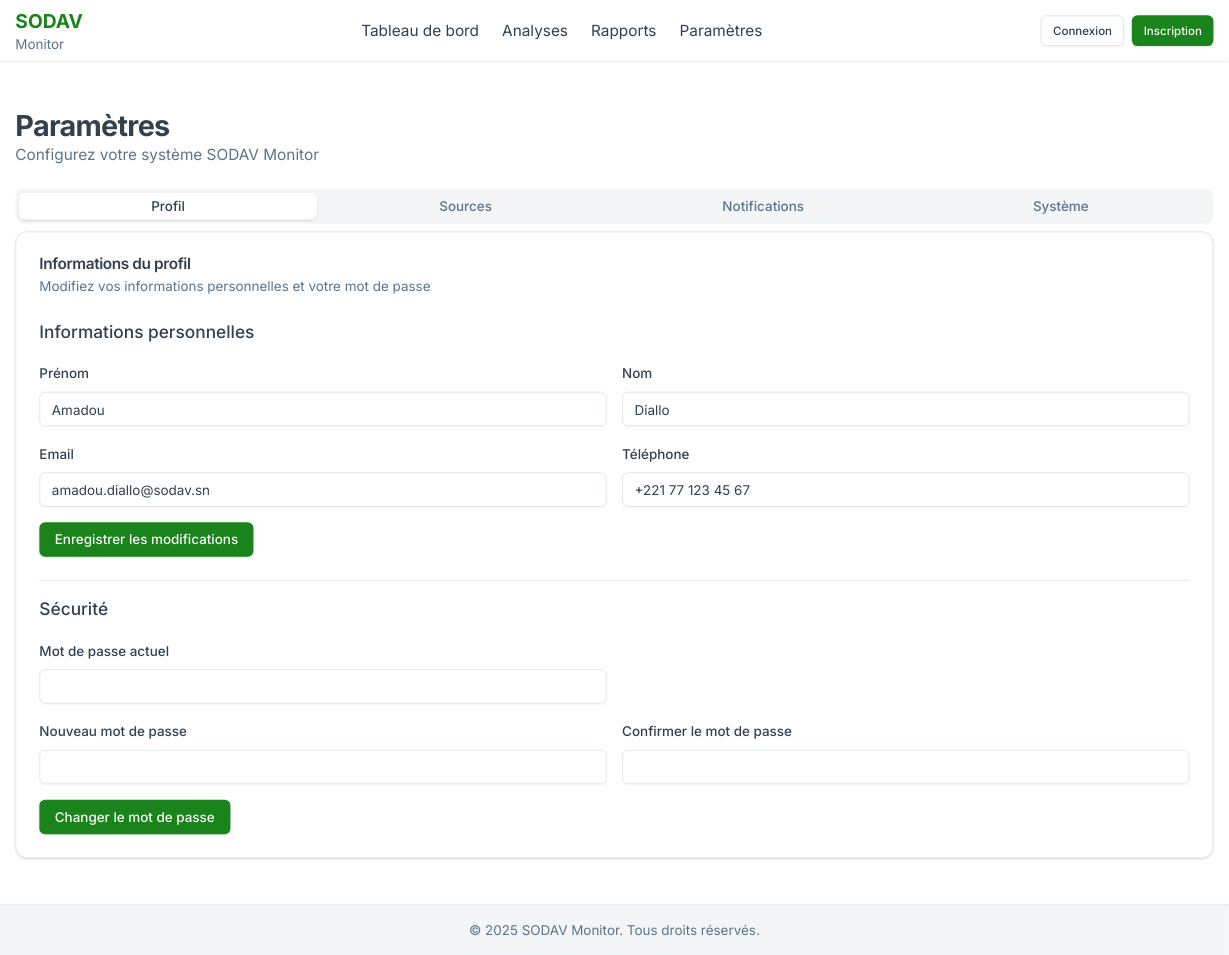
Repository: LordThiouk/soda
Page: /parametres (app in frontend/)
These files come from the project's save history. The page is drawn as it stood at one moment and after the next save; the edit follows.
The browser window is 1280 px wide. The pictures show the whole page, at 96% of full size.
The project was rebuilt for these pictures with package versions that can differ from the ones it lists, and the page was loaded fresh each time. The framework's server and built-in components were replaced by stand-ins that run in the browser. Also part of the build but not shown: frontend/next.config.js.

Above is the page before, as saved 2025-03-27 15:17:56.

### frontend/src/app/layout.tsx
import './globals.css'
import type { Metadata } from 'next'
import { Inter } from 'next/font/google'
import { Toaster } from "@/components/ui/toaster"

const inter = Inter({ subsets: ['latin'] })

export const metadata: Metadata = {
  title: 'SODAV Monitor',
  description: 'Système de surveillance des radios et chaînes TV sénégalaises',
}

export default function RootLayout({
  children,
}: {
  children: React.ReactNode
}) {
  return (
    <html lang="fr" suppressHydrationWarning>
      <body className={inter.className}>
        <main className="min-h-screen flex flex-col">
          {children}
        </main>
        <Toaster />
      </body>
    </html>
  )
}

### frontend/src/app/(auth)/layout.tsx
import Header from "@/components/Header";

export default function AuthLayout({
  children,
}: {
  children: React.ReactNode;
}) {
  return (
    <div className="min-h-screen flex flex-col">
      <Header />
      <main className="flex-1 container mx-auto px-4 py-6">
        {children}
      </main>
      <footer className="border-t border-border bg-muted py-4">
        <div className="container mx-auto px-4 text-center text-sm text-muted-foreground">
          © {new Date().getFullYear()} SODAV Monitor. Tous droits réservés.
        </div>
      </footer>
    </div>
  );
}

### frontend/src/app/globals.css
@tailwind base;
@tailwind components;
@tailwind utilities;

:root {
  --foreground-rgb: 0, 0, 0;
  --background-start-rgb: 214, 219, 220;
  --background-end-rgb: 255, 255, 255;
}

@media (prefers-color-scheme: dark) {
  :root {
    --foreground-rgb: 255, 255, 255;
    --background-start-rgb: 0, 0, 0;
    --background-end-rgb: 0, 0, 0;
  }
}

@layer base {
  :root {
    /* Base */
    --background: 0 0% 100%;
    --foreground: 210 20% 25%;

    /* Card */
    --card: 0 0% 100%;
    --card-foreground: 210 20% 25%;

    /* Popover */
    --popover: 0 0% 100%;
    --popover-foreground: 210 20% 25%;

    /* Senegal Flag Colors */
    --senegal-green: 120 66% 31%; /* Green */
    --senegal-yellow: 48 100% 50%; /* Yellow */
    --senegal-red: 0 85% 50%; /* Red */

    /* Primary (Green) */
    --primary: 120 66% 31%;
    --primary-foreground: 0 0% 98%;

    /* Secondary (Yellow) */
    --secondary: 48 100% 50%;
    --secondary-foreground: 210 20% 25%;

    /* Accent (Red) */
    --accent: 0 85% 50%;
    --accent-foreground: 0 0% 98%;

    /* UI Colors */
    --muted: 210 20% 96%;
    --muted-foreground: 210 20% 45%;
    --destructive: 0 84% 60%;
    --destructive-foreground: 0 0% 98%;
    --border: 210 20% 90%;
    --input: 210 20% 90%;
    --ring: 120 66% 31%;

    /* Chart Colors */
    --chart-1: 120 66% 31%; /* Green */
    --chart-2: 48 100% 50%; /* Yellow */
    --chart-3: 0 85% 50%; /* Red */
    --chart-4: 210 70% 50%; /* Blue */
    --chart-5: 270 60% 50%; /* Purple */

    --radius: 0.5rem;
  }

  .dark {
    /* Base */
    --background: 210 30% 12%;
    --foreground: 0 0% 98%;

    /* Card */
    --card: 210 30% 15%;
    --card-foreground: 0 0% 98%;

    /* Popover */
    --popover: 210 30% 15%;
    --popover-foreground: 0 0% 98%;

    /* Primary (Green - slightly muted for dark mode) */
    --primary: 120 50% 35%;
    --primary-foreground: 0 0% 98%;

    /* Secondary (Yellow - slightly muted for dark mode) */
    --secondary: 48 80% 45%;
    --secondary-foreground: 210 30% 15%;

    /* Accent (Red - slightly muted for dark mode) */
    --accent: 0 70% 45%;
    --accent-foreground: 0 0% 98%;

    /* UI Colors */
    --muted: 210 30% 20%;
    --muted-foreground: 210 20% 70%;
    --destructive: 0 62.8% 40%;
    --destructive-foreground: 0 0% 98%;
    --border: 210 30% 25%;
    --input: 210 30% 25%;
    --ring: 120 50% 35%;

    /* Chart Colors */
    --chart-1: 120 50% 35%; /* Green */
    --chart-2: 48 80% 45%; /* Yellow */
    --chart-3: 0 70% 45%; /* Red */
    --chart-4: 210 60% 55%; /* Blue */
    --chart-5: 270 55% 50%; /* Purple */
  }
}

@layer base {
  * {
    @apply border-border;
  }
  body {
    @apply bg-background text-foreground;
  }
}

### frontend/src/components/ui/toaster.tsx
"use client"

import { useToast } from "@/hooks/use-toast"
import {
  Toast,
  ToastClose,
  ToastDescription,
  ToastProvider,
  ToastTitle,
  ToastViewport,
} from "@/components/ui/toast"

export function Toaster() {
  const { toasts } = useToast()

  return (
    <ToastProvider>
      {toasts.map(function ({ id, title, description, action, ...props }) {
        return (
          <Toast key={id} {...props}>
            <div className="grid gap-1">
              {title && <ToastTitle>{title}</ToastTitle>}
              {description && (
                <ToastDescription>{description}</ToastDescription>
              )}
            </div>
            {action}
            <ToastClose />
          </Toast>
        )
      })}
      <ToastViewport />
    </ToastProvider>
  )
}

### frontend/src/components/Header.tsx
import Link from "next/link";
import { Button } from "@/components/ui/button";
import {
  Sheet,
  SheetContent,
  SheetTrigger
} from "@/components/ui/sheet";
import { Menu } from "lucide-react";

export default function Header() {
  return (
    <header className="border-b border-border bg-card sticky top-0 z-40">
      <div className="container mx-auto flex h-16 items-center justify-between px-4">
        <div className="flex items-center gap-2">
          <Link href="/" className="flex items-center gap-2">
            <div className="flex flex-col items-start">
              <span className="font-bold text-primary text-xl">SODAV</span>
              <span className="text-muted-foreground text-sm">Monitor</span>
            </div>
          </Link>
        </div>

        {/* Desktop Navigation */}
        <nav className="hidden md:flex items-center gap-6">
          <Link href="/dashboard" className="text-foreground hover:text-primary transition-colors">
            Tableau de bord
          </Link>
          <Link href="/analytics" className="text-foreground hover:text-primary transition-colors">
            Analyses
          </Link>
          <Link href="/reports" className="text-foreground hover:text-primary transition-colors">
            Rapports
          </Link>
          <Link href="/settings" className="text-foreground hover:text-primary transition-colors">
            Paramètres
          </Link>
        </nav>

        <div className="flex items-center gap-2">
          <Button variant="outline" size="sm" asChild>
            <Link href="/login">Connexion</Link>
          </Button>
          <Button size="sm" asChild>
            <Link href="/signup">Inscription</Link>
          </Button>

          {/* Mobile Navigation */}
          <Sheet>
            <SheetTrigger asChild className="md:hidden">
              <Button variant="outline" size="icon">
                <Menu className="h-5 w-5" />
                <span className="sr-only">Menu</span>
              </Button>
            </SheetTrigger>
            <SheetContent side="right">
              <div className="flex flex-col gap-4 mt-8">
                <Link href="/dashboard" className="text-foreground hover:text-primary transition-colors">
                  Tableau de bord
                </Link>
                <Link href="/analytics" className="text-foreground hover:text-primary transition-colors">
                  Analyses
                </Link>
                <Link href="/reports" className="text-foreground hover:text-primary transition-colors">
                  Rapports
                </Link>
                <Link href="/settings" className="text-foreground hover:text-primary transition-colors">
                  Paramètres
                </Link>
              </div>
            </SheetContent>
          </Sheet>
        </div>
      </div>
    </header>
  );
}

### frontend/src/components/ui/card.tsx
import * as React from "react"

import { cn } from "@/lib/utils"

const Card = React.forwardRef<
  HTMLDivElement,
  React.HTMLAttributes<HTMLDivElement>
>(({ className, ...props }, ref) => (
  <div
    ref={ref}
    className={cn(
      "rounded-xl border bg-card text-card-foreground shadow",
      className
    )}
    {...props}
  />
))
Card.displayName = "Card"

const CardHeader = React.forwardRef<
  HTMLDivElement,
  React.HTMLAttributes<HTMLDivElement>
>(({ className, ...props }, ref) => (
  <div
    ref={ref}
    className={cn("flex flex-col space-y-1.5 p-6", className)}
    {...props}
  />
))
CardHeader.displayName = "CardHeader"

const CardTitle = React.forwardRef<
  HTMLDivElement,
  React.HTMLAttributes<HTMLDivElement>
>(({ className, ...props }, ref) => (
  <div
    ref={ref}
    className={cn("font-semibold leading-none tracking-tight", className)}
    {...props}
  />
))
CardTitle.displayName = "CardTitle"

const CardDescription = React.forwardRef<
  HTMLDivElement,
  React.HTMLAttributes<HTMLDivElement>
>(({ className, ...props }, ref) => (
  <div
    ref={ref}
    className={cn("text-sm text-muted-foreground", className)}
    {...props}
  />
))
CardDescription.displayName = "CardDescription"

const CardContent = React.forwardRef<
  HTMLDivElement,
  React.HTMLAttributes<HTMLDivElement>
>(({ className, ...props }, ref) => (
  <div ref={ref} className={cn("p-6 pt-0", className)} {...props} />
))
CardContent.displayName = "CardContent"

const CardFooter = React.forwardRef<
  HTMLDivElement,
  React.HTMLAttributes<HTMLDivElement>
>(({ className, ...props }, ref) => (
  <div
    ref={ref}
    className={cn("flex items-center p-6 pt-0", className)}
    {...props}
  />
))
CardFooter.displayName = "CardFooter"

export { Card, CardHeader, CardFooter, CardTitle, CardDescription, CardContent }

### frontend/src/components/ui/button.tsx
import * as React from "react"
import { Slot } from "@radix-ui/react-slot"
import { cva, type VariantProps } from "class-variance-authority"

import { cn } from "@/lib/utils"

const buttonVariants = cva(
  "inline-flex items-center justify-center gap-2 whitespace-nowrap rounded-md text-sm font-medium transition-colors focus-visible:outline-none focus-visible:ring-1 focus-visible:ring-ring disabled:pointer-events-none disabled:opacity-50 [&_svg]:pointer-events-none [&_svg]:size-4 [&_svg]:shrink-0",
  {
    variants: {
      variant: {
        default:
          "bg-primary text-primary-foreground shadow hover:bg-primary/90",
        destructive:
          "bg-destructive text-destructive-foreground shadow-sm hover:bg-destructive/90",
        outline:
          "border border-input bg-background shadow-sm hover:bg-accent hover:text-accent-foreground",
        secondary:
          "bg-secondary text-secondary-foreground shadow-sm hover:bg-secondary/80",
        ghost: "hover:bg-accent hover:text-accent-foreground",
        link: "text-primary underline-offset-4 hover:underline",
      },
      size: {
        default: "h-9 px-4 py-2",
        sm: "h-8 rounded-md px-3 text-xs",
        lg: "h-10 rounded-md px-8",
        icon: "h-9 w-9",
      },
    },
    defaultVariants: {
      variant: "default",
      size: "default",
    },
  }
)

export interface ButtonProps
  extends React.ButtonHTMLAttributes<HTMLButtonElement>,
    VariantProps<typeof buttonVariants> {
  asChild?: boolean
}

const Button = React.forwardRef<HTMLButtonElement, ButtonProps>(
  ({ className, variant, size, asChild = false, ...props }, ref) => {
    const Comp = asChild ? Slot : "button"
    return (
      <Comp
        className={cn(buttonVariants({ variant, size, className }))}
        ref={ref}
        {...props}
      />
    )
  }
)
Button.displayName = "Button"

export { Button, buttonVariants }

### frontend/src/components/ui/input.tsx
import * as React from "react"

import { cn } from "@/lib/utils"

const Input = React.forwardRef<HTMLInputElement, React.ComponentProps<"input">>(
  ({ className, type, ...props }, ref) => {
    return (
      <input
        type={type}
        className={cn(
          "flex h-9 w-full rounded-md border border-input bg-transparent px-3 py-1 text-base shadow-sm transition-colors file:border-0 file:bg-transparent file:text-sm file:font-medium file:text-foreground placeholder:text-muted-foreground focus-visible:outline-none focus-visible:ring-1 focus-visible:ring-ring disabled:cursor-not-allowed disabled:opacity-50 md:text-sm",
          className
        )}
        ref={ref}
        {...props}
      />
    )
  }
)
Input.displayName = "Input"

export { Input }

### frontend/src/components/ui/label.tsx
"use client"

import * as React from "react"
import * as LabelPrimitive from "@radix-ui/react-label"
import { cva, type VariantProps } from "class-variance-authority"

import { cn } from "@/lib/utils"

const labelVariants = cva(
  "text-sm font-medium leading-none peer-disabled:cursor-not-allowed peer-disabled:opacity-70"
)

const Label = React.forwardRef<
  React.ElementRef<typeof LabelPrimitive.Root>,
  React.ComponentPropsWithoutRef<typeof LabelPrimitive.Root> &
    VariantProps<typeof labelVariants>
>(({ className, ...props }, ref) => (
  <LabelPrimitive.Root
    ref={ref}
    className={cn(labelVariants(), className)}
    {...props}
  />
))
Label.displayName = LabelPrimitive.Root.displayName

export { Label }

### frontend/src/components/ui/tabs.tsx
"use client"

import * as React from "react"
import * as TabsPrimitive from "@radix-ui/react-tabs"

import { cn } from "@/lib/utils"

const Tabs = TabsPrimitive.Root

const TabsList = React.forwardRef<
  React.ElementRef<typeof TabsPrimitive.List>,
  React.ComponentPropsWithoutRef<typeof TabsPrimitive.List>
>(({ className, ...props }, ref) => (
  <TabsPrimitive.List
    ref={ref}
    className={cn(
      "inline-flex h-9 items-center justify-center rounded-lg bg-muted p-1 text-muted-foreground",
      className
    )}
    {...props}
  />
))
TabsList.displayName = TabsPrimitive.List.displayName

const TabsTrigger = React.forwardRef<
  React.ElementRef<typeof TabsPrimitive.Trigger>,
  React.ComponentPropsWithoutRef<typeof TabsPrimitive.Trigger>
>(({ className, ...props }, ref) => (
  <TabsPrimitive.Trigger
    ref={ref}
    className={cn(
      "inline-flex items-center justify-center whitespace-nowrap rounded-md px-3 py-1 text-sm font-medium ring-offset-background transition-all focus-visible:outline-none focus-visible:ring-2 focus-visible:ring-ring focus-visible:ring-offset-2 disabled:pointer-events-none disabled:opacity-50 data-[state=active]:bg-background data-[state=active]:text-foreground data-[state=active]:shadow",
      className
    )}
    {...props}
  />
))
TabsTrigger.displayName = TabsPrimitive.Trigger.displayName

const TabsContent = React.forwardRef<
  React.ElementRef<typeof TabsPrimitive.Content>,
  React.ComponentPropsWithoutRef<typeof TabsPrimitive.Content>
>(({ className, ...props }, ref) => (
  <TabsPrimitive.Content
    ref={ref}
    className={cn(
      "mt-2 ring-offset-background focus-visible:outline-none focus-visible:ring-2 focus-visible:ring-ring focus-visible:ring-offset-2",
      className
    )}
    {...props}
  />
))
TabsContent.displayName = TabsPrimitive.Content.displayName

export { Tabs, TabsList, TabsTrigger, TabsContent }

Loaded but not shown: frontend/src/hooks/use-toast.ts (common file); frontend/src/lib/utils.ts (common file); frontend/tailwind.config.ts (common file); frontend/src/app/(auth)/parametres/page.tsx (329 lines, source omitted); frontend/src/components/ui/toast.tsx (129 lines, source omitted); frontend/src/components/ui/sheet.tsx (140 lines, source omitted)

After the next save:
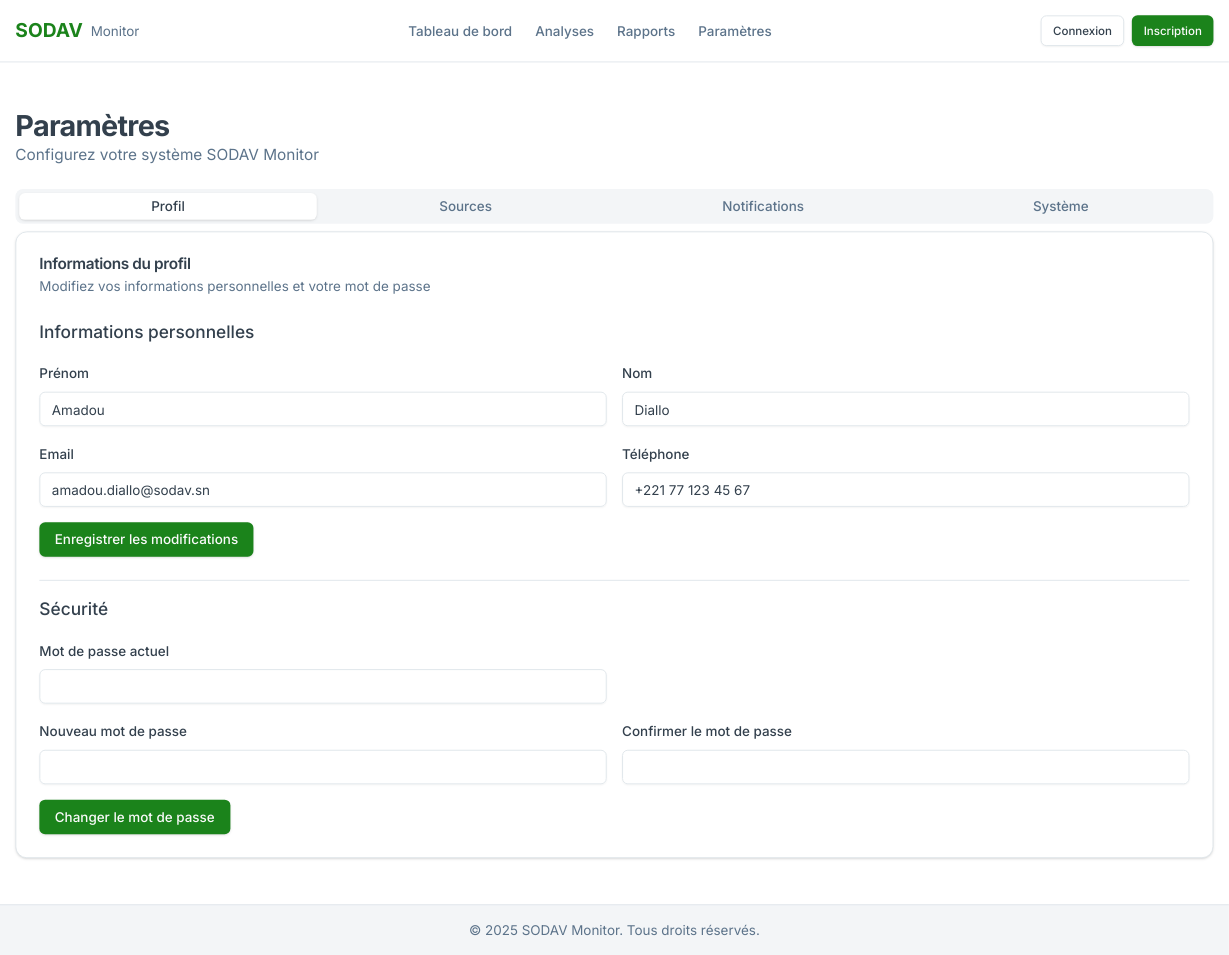
Saved 80 s later.
--- a/frontend/src/components/Header.tsx
+++ b/frontend/src/components/Header.tsx
@@ -8,65 +8,73 @@ import {
 import { Menu } from "lucide-react";
 
 export default function Header() {
+  const navItems = [
+    { label: "Tableau de bord", href: "/dashboard" },
+    { label: "Analyses", href: "/analyses" },
+    { label: "Rapports", href: "/rapports" },
+    { label: "Paramètres", href: "/parametres" },
+  ];
+
   return (
-    <header className="border-b border-border bg-card sticky top-0 z-40">
+    <header className="sticky top-0 z-10 w-full border-b border-border bg-card">
       <div className="container mx-auto flex h-16 items-center justify-between px-4">
         <div className="flex items-center gap-2">
-          <Link href="/" className="flex items-center gap-2">
-            <div className="flex flex-col items-start">
-              <span className="font-bold text-primary text-xl">SODAV</span>
-              <span className="text-muted-foreground text-sm">Monitor</span>
-            </div>
+          <Link href="/dashboard" className="flex items-center gap-2">
+            <span className="font-bold text-primary text-xl">SODAV</span>
+            <span className="text-muted-foreground text-sm">Monitor</span>
           </Link>
         </div>
 
-        {/* Desktop Navigation */}
+        {/* Navigation bureau */}
         <nav className="hidden md:flex items-center gap-6">
-          <Link href="/dashboard" className="text-foreground hover:text-primary transition-colors">
-            Tableau de bord
-          </Link>
-          <Link href="/analytics" className="text-foreground hover:text-primary transition-colors">
-            Analyses
-          </Link>
-          <Link href="/reports" className="text-foreground hover:text-primary transition-colors">
-            Rapports
-          </Link>
-          <Link href="/settings" className="text-foreground hover:text-primary transition-colors">
-            Paramètres
-          </Link>
+          {navItems.map((item) => (
+            <Link
+              key={item.href}
+              href={item.href}
+              className="text-sm font-medium text-muted-foreground hover:text-foreground"
+            >
+              {item.label}
+            </Link>
+          ))}
         </nav>
 
-        <div className="flex items-center gap-2">
-          <Button variant="outline" size="sm" asChild>
-            <Link href="/login">Connexion</Link>
-          </Button>
-          <Button size="sm" asChild>
-            <Link href="/signup">Inscription</Link>
-          </Button>
+        <div className="flex items-center gap-4">
+          <div className="hidden md:flex gap-2">
+            <Button variant="outline" size="sm" asChild>
+              <Link href="/login">Connexion</Link>
+            </Button>
+            <Button size="sm" asChild>
+              <Link href="/signup">Inscription</Link>
+            </Button>
+          </div>
 
-          {/* Mobile Navigation */}
+          {/* Menu mobile */}
           <Sheet>
-            <SheetTrigger asChild className="md:hidden">
-              <Button variant="outline" size="icon">
+            <SheetTrigger asChild>
+              <Button variant="outline" size="sm" className="md:hidden">
                 <Menu className="h-5 w-5" />
-                <span className="sr-only">Menu</span>
               </Button>
             </SheetTrigger>
-            <SheetContent side="right">
-              <div className="flex flex-col gap-4 mt-8">
-                <Link href="/dashboard" className="text-foreground hover:text-primary transition-colors">
-                  Tableau de bord
-                </Link>
-                <Link href="/analytics" className="text-foreground hover:text-primary transition-colors">
-                  Analyses
-                </Link>
-                <Link href="/reports" className="text-foreground hover:text-primary transition-colors">
-                  Rapports
-                </Link>
-                <Link href="/settings" className="text-foreground hover:text-primary transition-colors">
-                  Paramètres
-                </Link>
-              </div>
+            <SheetContent>
+              <nav className="flex flex-col gap-4 mt-8">
+                {navItems.map((item) => (
+                  <Link
+                    key={item.href}
+                    href={item.href}
+                    className="text-sm font-medium text-muted-foreground hover:text-foreground"
+                  >
+                    {item.label}
+                  </Link>
+                ))}
+                <div className="flex flex-col gap-2 mt-4">
+                  <Button variant="outline" size="sm" asChild>
+                    <Link href="/login">Connexion</Link>
+                  </Button>
+                  <Button size="sm" asChild>
+                    <Link href="/signup">Inscription</Link>
+                  </Button>
+                </div>
+              </nav>
             </SheetContent>
           </Sheet>
         </div>
